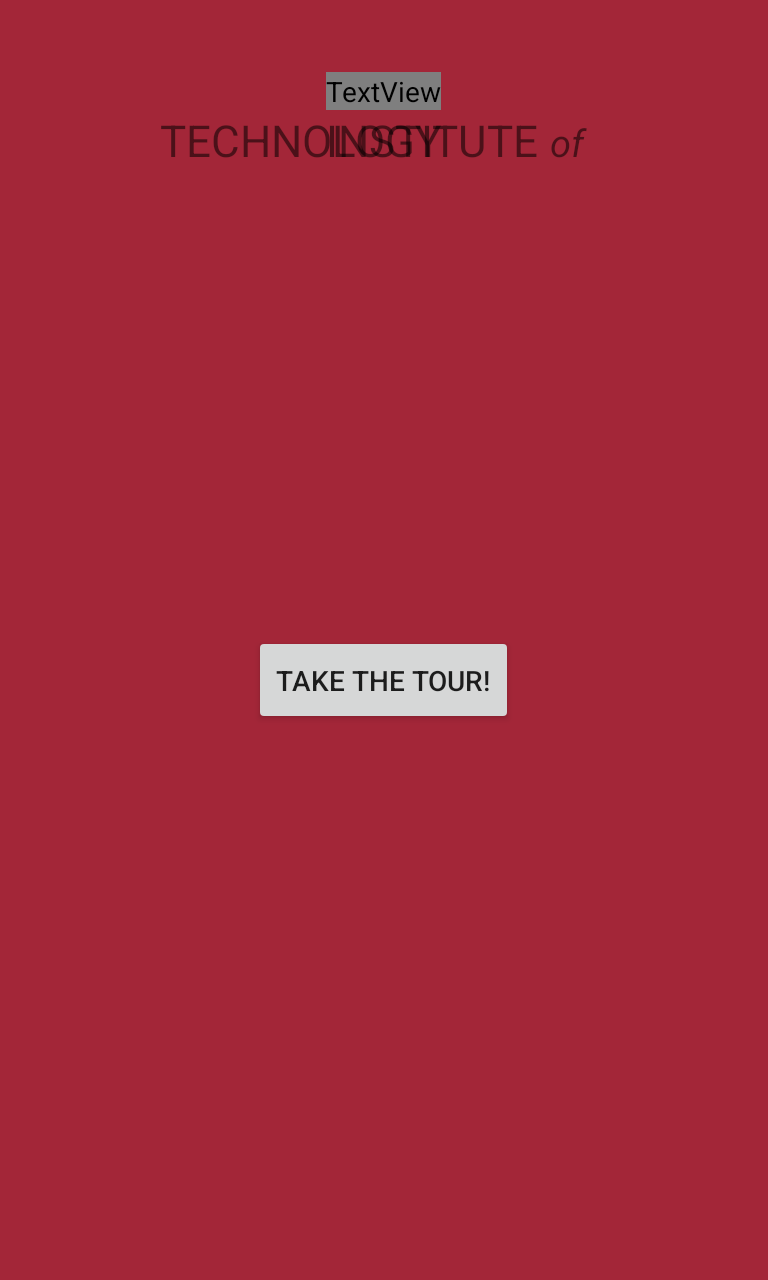
Repository: Klyros/StevensTourApp
Layout: StevensTourApp/res/layout/activity_home_screen.xml
These files come from the project's save history. The layout is drawn as it stood at one moment and after the next save; the edit follows.
Pictures or frames that could not be fetched are drawn as grey boxes. It is drawn on a 768 x 1280 px phone screen (xhdpi) without system bars, with theme AppTheme; the app's code is not run.

Above is the layout before, as saved 2014-08-23 23:32:42.

### StevensTourApp/res/layout/activity_home_screen.xml
<RelativeLayout xmlns:android="http://schemas.android.com/apk/res/android"
    xmlns:tools="http://schemas.android.com/tools"
    android:layout_width="match_parent"
    android:layout_height="match_parent"
    android:paddingBottom="@dimen/activity_vertical_margin"
    android:paddingLeft="@dimen/activity_horizontal_margin"
    android:paddingRight="@dimen/activity_horizontal_margin"
    android:paddingTop="@dimen/activity_vertical_margin"
    tools:context="edu.stevens.stevenstourapp.HomeScreen" >



    <Button
        android:id="@+id/btnTour"
        android:layout_width="wrap_content"
        android:layout_height="wrap_content"
        android:layout_below="@+id/editText1"
        android:layout_centerHorizontal="true"
        android:layout_marginTop="300dp"
        android:text="Take the Tour!" />

    <TextView
        android:id="@+id/stevensTitle"
        android:layout_width="wrap_content"
        android:layout_height="wrap_content"
        android:layout_alignParentTop="true"
        android:layout_centerHorizontal="true"
		android:textSize="80sp"
		android:fontFamily="Angleterre Book"
        android:layout_marginTop="20dp"
        android:text="Stevens" />

        <TextView
            android:id="@+id/stevensInstitute"
            android:layout_width="wrap_content"
            android:layout_height="wrap_content"
            android:layout_alignLeft="@+id/stevensTitle"
            android:layout_below="@+id/stevensTitle"
            android:textSize="22sp"
            android:text="INSTITUTE " />

        <TextView
            android:id="@+id/stevensOf"
            android:layout_width="wrap_content"
            android:layout_height="wrap_content"
            android:layout_alignBaseline="@+id/stevensInstitute"
            android:layout_alignBottom="@+id/stevensInstitute"
            android:layout_toRightOf="@+id/stevensInstitute"
            android:textStyle="italic"
            android:textSize="19sp"
            android:text="of  " />

        <TextView
            android:id="@+id/stevensTechnology"
            android:layout_width="wrap_content"
            android:layout_height="wrap_content"
            android:layout_alignBaseline="@+id/stevensOf"
            android:layout_alignBottom="@+id/stevensOf"
            android:layout_alignRight="@+id/stevensTitle"
            android:text="TECHNOLOGY"
            android:textSize="22sp" />

</RelativeLayout>

### StevensTourApp/res/values/colors.xml
<?xml version="1.0" encoding="utf-8"?>
<resources>
    <color name="background">#A32638</color>
</resources>

Loaded but not shown: StevensTourApp/res/values/styles.xml (common file); StevensTourApp/res/values-v11/styles.xml (common file); StevensTourApp/res/values-v14/styles.xml (common file); StevensTourApp/res/values/dimens.xml (common file); StevensTourApp/res/values-w820dp/dimens.xml (common file)

After the next save:
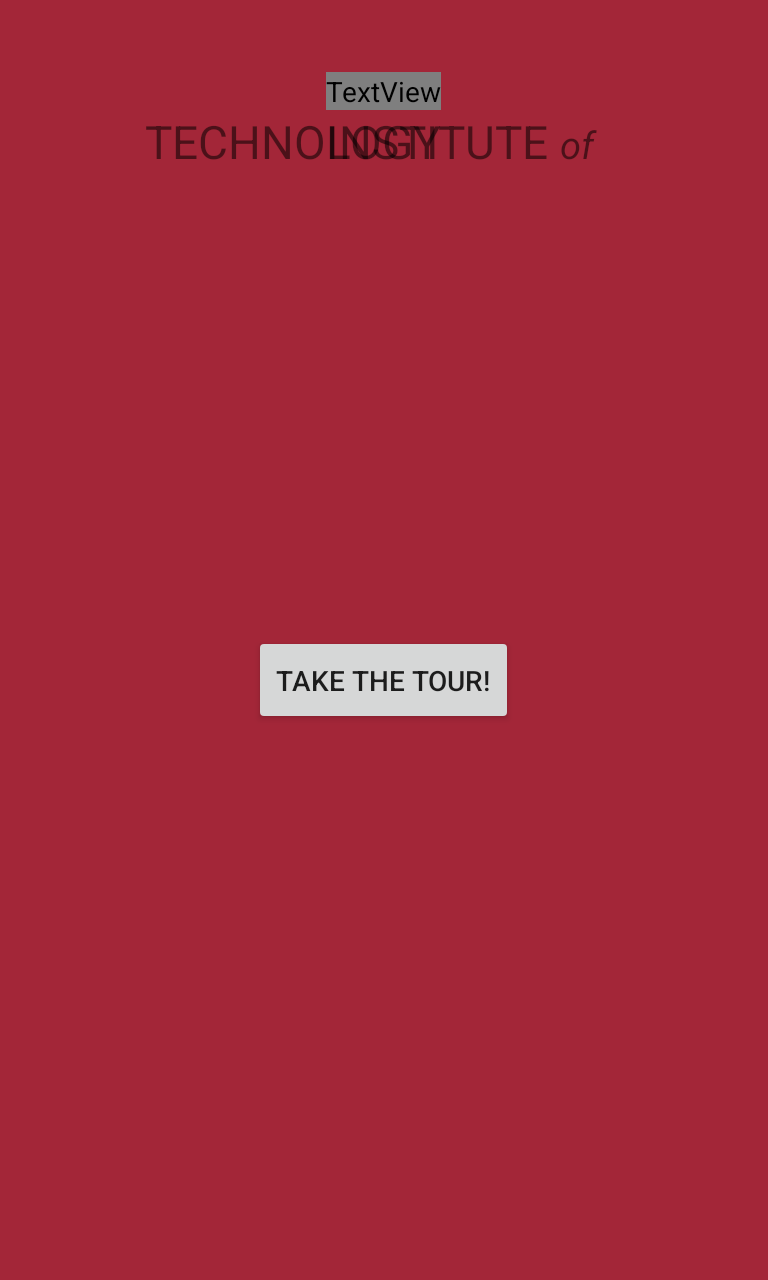
Saved 42 s later.
--- a/StevensTourApp/res/layout/activity_home_screen.xml
+++ b/StevensTourApp/res/layout/activity_home_screen.xml
@@ -36,7 +36,7 @@
             android:layout_height="wrap_content"
             android:layout_alignLeft="@+id/stevensTitle"
             android:layout_below="@+id/stevensTitle"
-            android:textSize="22sp"
+            android:textSize="23sp"
             android:text="INSTITUTE " />
 
         <TextView
@@ -58,6 +58,6 @@
             android:layout_alignBottom="@+id/stevensOf"
             android:layout_alignRight="@+id/stevensTitle"
             android:text="TECHNOLOGY"
-            android:textSize="22sp" />
+            android:textSize="23sp" />
 
 </RelativeLayout>
